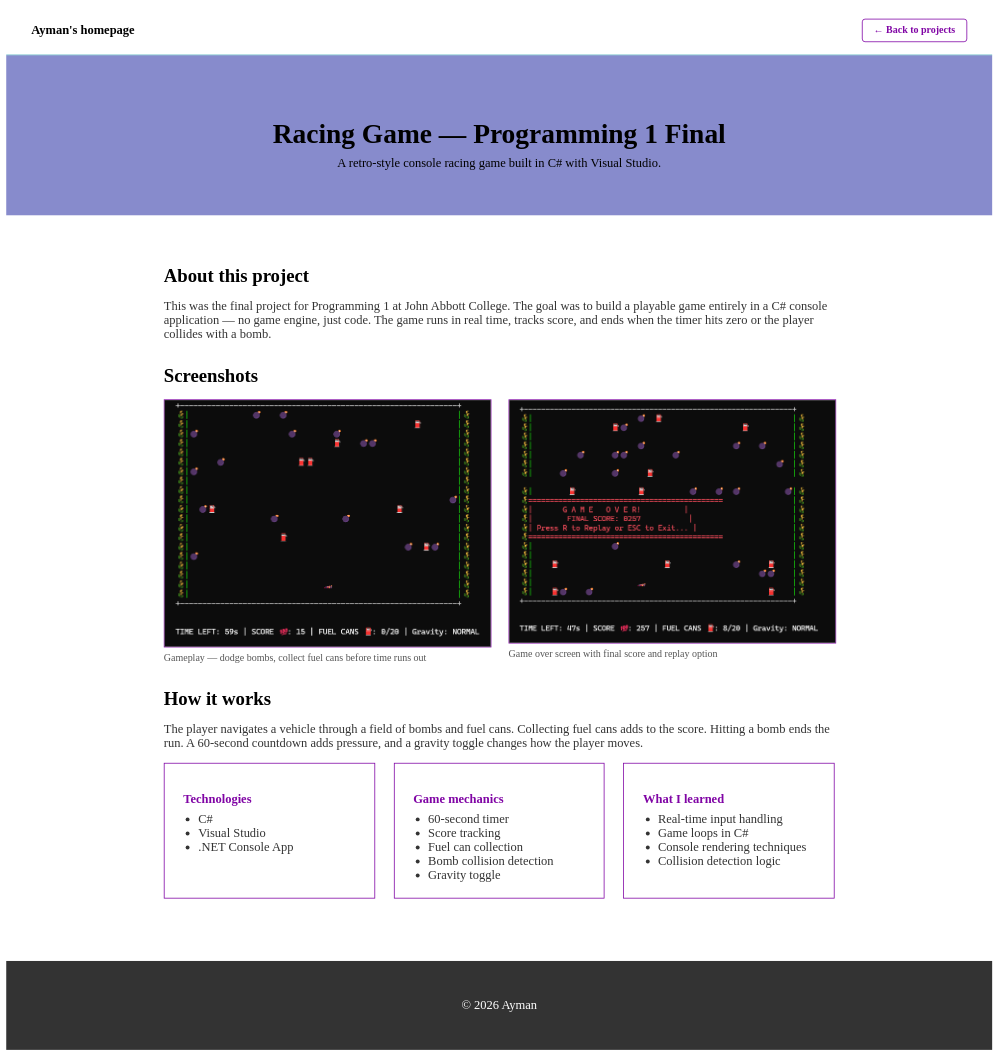
Repository: AymanMoradhun/AymanMoradhun
Page: racingmayhem.html
The author's editor kept a copy of each file at every save. The page is drawn from the files as they stood at one save, then again after the next save.
The browser window is 1280 px wide. The pictures show the whole page, at 78% of full size.

Above is the page before, as saved 2026-05-19 18:12:44.
Not found: styles/globals.css

### racingmayhem.html
<!DOCTYPE html>
<html lang="en">
  <head>
    <meta charset="UTF-8" />
    <meta name="viewport" content="width=device-width, initial-scale=1.0" />
    <title>Ayman | Racing Game — Programming 1</title>

    <link rel="stylesheet" href="./styles/projects.css" />
    <link rel="stylesheet" href="./styles/globals.css" />
  </head>
  <body>
    <nav>
      <a href="/" style="text-decoration: none; color: inherit;">
        <strong>Ayman's homepage</strong>
      </a>
      <a href="./index.html" class="back-link">← Back to projects</a>
    </nav>

    <header class="project-header">
      <h1>Racing Game — Programming 1 Final</h1>
      <p>A retro-style console racing game built in C# with Visual Studio.</p>
    </header>

    <main class="container">

      <h2>About this project</h2>
      <p>
        This was the final project for Programming 1 at John Abbott College. The goal
        was to build a playable game entirely in a C# console application — no game engine,
        just code. The game runs in real time, tracks score, and ends when the timer hits zero
        or the player collides with a bomb.
      </p>

      <h2>Screenshots</h2>
      <section class="screenshot-grid">
        <figure>
          <img
            src="./assets/images/Mayhem_1.png"
            alt="Gameplay screenshot showing the player dodging bombs and collecting fuel cans"
          />
          <figcaption>Gameplay — dodge bombs, collect fuel cans before time runs out</figcaption>
        </figure>
        <figure>
          <img
            src="./assets/images/Mayhem_2.png"
            alt="Game over screen showing final score of 257"
          />
          <figcaption>Game over screen with final score and replay option</figcaption>
        </figure>
      </section>

      <h2>How it works</h2>
      <p>
        The player navigates a vehicle through a field of bombs and fuel cans.
        Collecting fuel cans adds to the score. Hitting a bomb ends the run.
        A 60-second countdown adds pressure, and a gravity toggle changes how
        the player moves.
      </p>

      <section class="detail-grid">

        <div class="detail-card">
          <h3>Technologies</h3>
          <ul>
            <li>C#</li>
            <li>Visual Studio</li>
            <li>.NET Console App</li>
          </ul>
        </div>

        <div class="detail-card">
          <h3>Game mechanics</h3>
          <ul>
            <li>60-second timer</li>
            <li>Score tracking</li>
            <li>Fuel can collection</li>
            <li>Bomb collision detection</li>
            <li>Gravity toggle</li>
          </ul>
        </div>

        <div class="detail-card">
          <h3>What I learned</h3>
          <ul>
            <li>Real-time input handling</li>
            <li>Game loops in C#</li>
            <li>Console rendering techniques</li>
            <li>Collision detection logic</li>
          </ul>
        </div>

      </section>

    </main>

    <footer>
      <p>&copy; 2026 Ayman</p>
    </footer>
  </body>
</html>

### styles/projects.css
nav {
  background: #ffffff;
  padding: 1rem 2rem;
  display: flex;
  justify-content: space-between;
  align-items: center;
  border-bottom: 1px solid #50aebb;
}

nav a {
  text-decoration: none;
  color: inherit;
}

.back-link {
  font-size: 0.8rem;
  font-weight: 600;
  color: #8005a5;
  border: 1px solid #8005a5;
  padding: 0.4rem 0.9rem;
  border-radius: 4px;
  transition: background 0.2s ease, color 0.2s ease;
}

.back-link:hover {
  background: #8005a5;
  color: #ffffff;
}

/* ── Project hero ── */
.project-header {
  background: #3d44ad9d;
  padding: 8vh 2rem;
  text-align: center;
}

.project-header h1 {
  font-size: clamp(1.4rem, 4vw, 2.2rem); /* scales with screen width */
  margin-bottom: 0.5rem;
}

.project-header p {
  max-width: 600px;
  margin: 0 auto;
}

/* ── Content ── */
.container {
  padding: 2rem;
  max-width: 860px;
  margin: 0 auto;
}

.container h2 {
  margin-top: 2rem;
  margin-bottom: 0.5rem;
}

.container p,
.container li {
  color: #333;
}

/* ── Detail grid (mobile-first) ── */
.detail-grid {
  display: grid;
  grid-template-columns: 1fr;
  gap: 1.5rem;
  margin-top: 1rem;
}

@media (min-width: 600px) {
  .detail-grid {
    grid-template-columns: repeat(auto-fit, minmax(220px, 1fr));
  }
}

.detail-card {
  border: 1px solid #8005a5;
  padding: 1.25rem 1.5rem;
}

.detail-card h3 {
  margin-bottom: 0.5rem;
  font-size: 1rem;
  color: #8005a5;
}

.detail-card ul {
  margin: 0;
  padding-left: 1.2rem;
}

/* ── Screenshots ── */
.screenshot-grid {
  display: grid;
  grid-template-columns: 1fr;
  gap: 1.5rem;
  margin: 1rem 0 2rem;
}

@media (min-width: 600px) {
  .screenshot-grid {
    grid-template-columns: repeat(auto-fit, minmax(260px, 1fr));
  }
  .screenshot-grid--single {
    grid-template-columns: 1fr;
    max-width: 480px;
  }
}

figure {
  margin: 0;
}

figure img {
  width: 100%;
  display: block;
  border: 1px solid #8005a5;
}

figcaption {
  font-size: 0.8rem;
  color: #555;
  margin-top: 0.4rem;
}

/* ── Footer ── */
footer {
  text-align: center;
  padding: 2rem;
  background: #333;
  color: white;
  margin-top: 3rem;
}

### styles/global.css
@font-face
{
  font-family: 'Maven Pro';
  src: url('fonts/MavenPro-VariableFont_wght.ttf') format('truetype');
  font-weight: 400 900;
  font-style: normal;
}

body
{
  font-family: 'Maven Pro', sans-serif;
  margin: 0;
  line-height: 1.6;
}

After the next save:
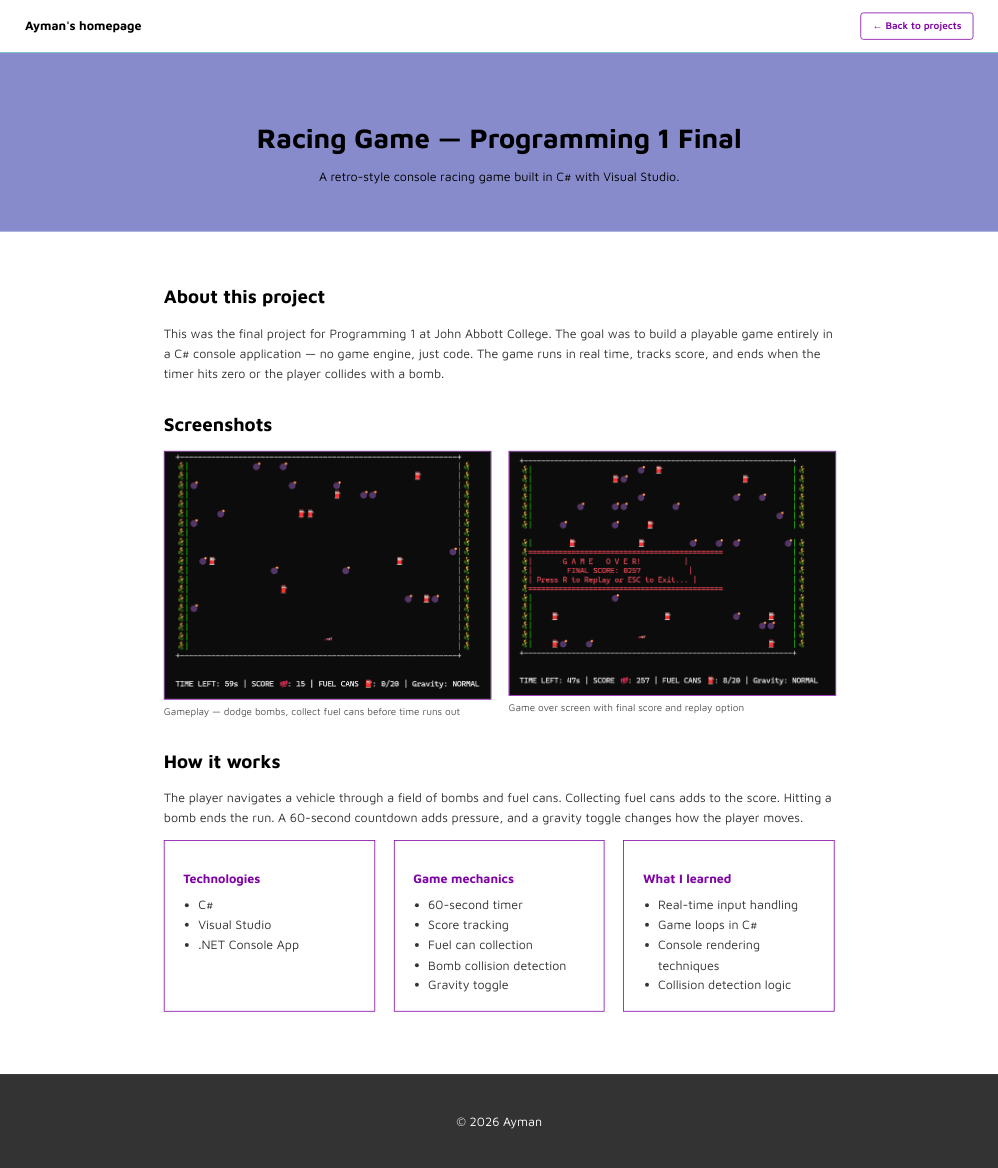
Saved 35 min 57 s later.
--- a/racingmayhem.html
+++ b/racingmayhem.html
@@ -6,7 +6,7 @@
     <title>Ayman | Racing Game — Programming 1</title>
 
     <link rel="stylesheet" href="./styles/projects.css" />
-    <link rel="stylesheet" href="./styles/globals.css" />
+    <link rel="stylesheet" href="./styles/global.css" />
   </head>
   <body>
     <nav>
